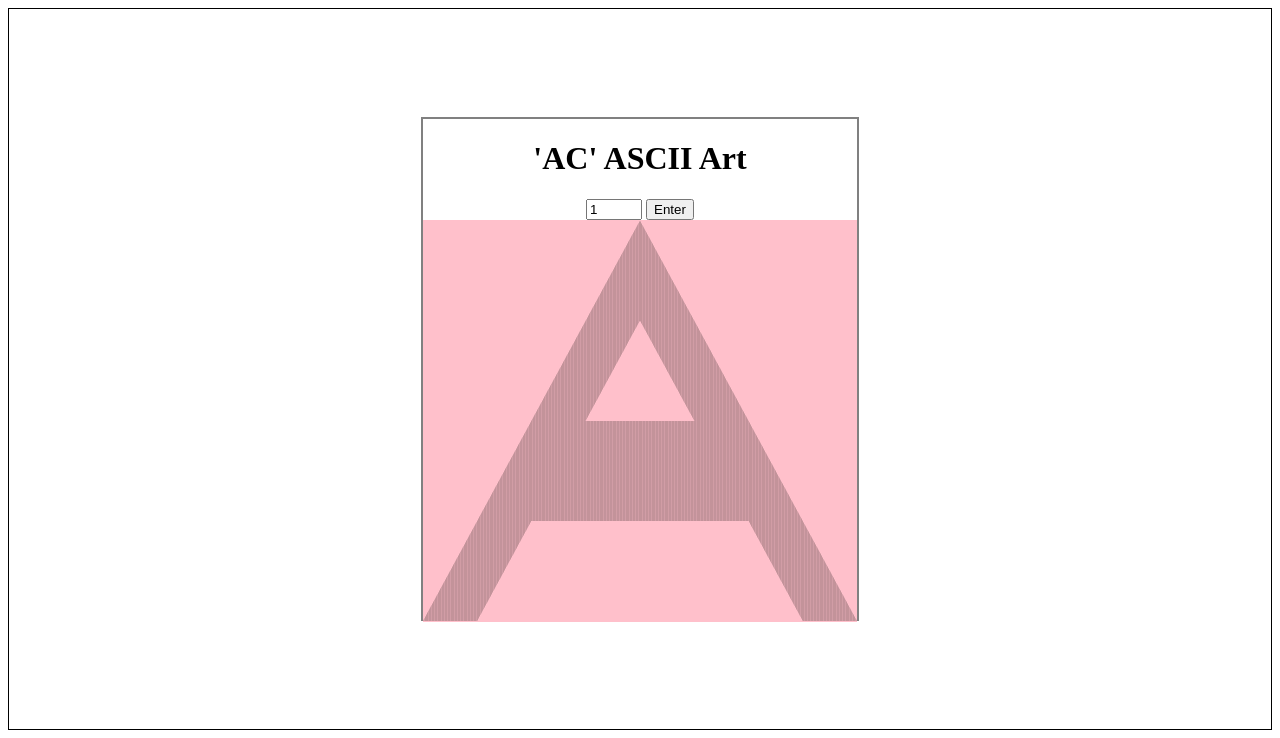
Repository: Achorn/ascii-art
Page: index.html
The author's editor kept a copy of each file at every save. The page is drawn from the files as they stood at one save, then again after the next save.
The browser window is 1280 px wide. The pictures show the whole page.

Above is the page before, as saved 2021-08-09 18:38:46.

After the next save:
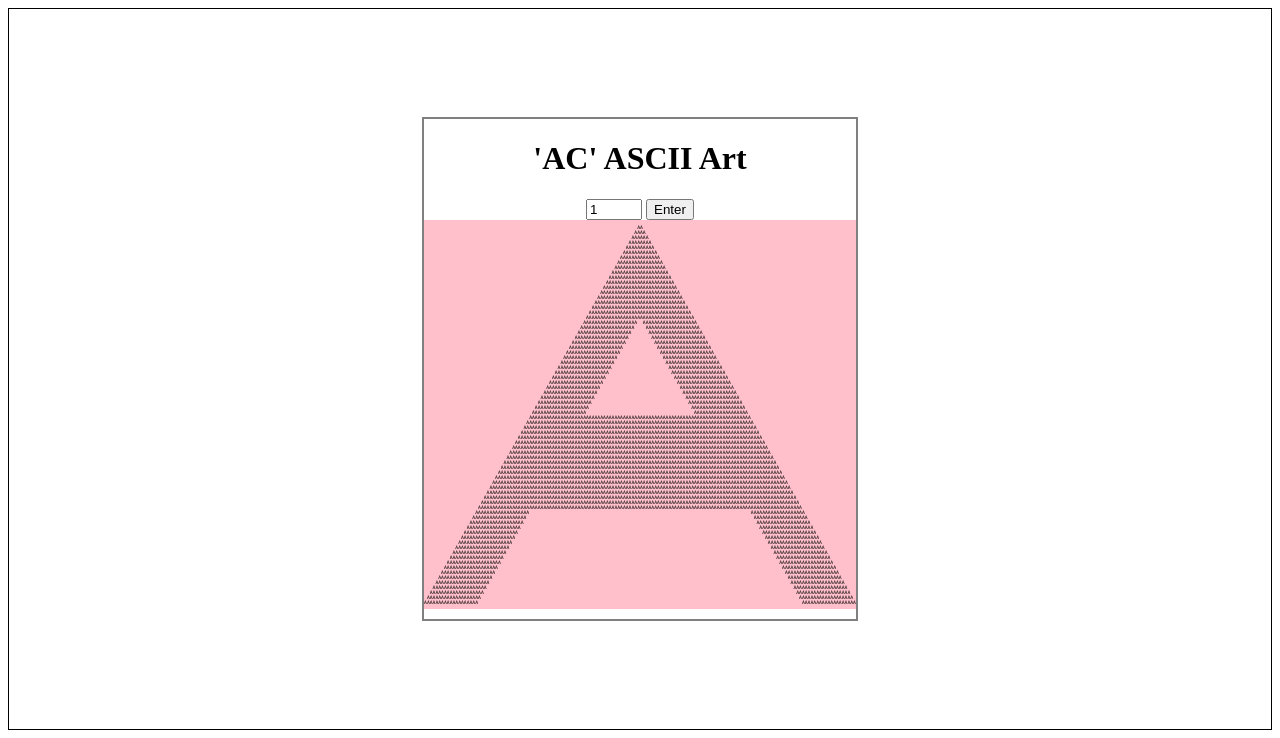
Saved 7 s later.
--- a/myscripts.js
+++ b/myscripts.js
@@ -73,7 +73,7 @@ function trimA(arr, lWidth) {
 
 let monoA = document.getElementById("mono-a");
 let monoC = document.getElementById("mono-c");
-let scale = 100;
+let scale = 19;
 let scaledFour = scaleSpread(four, scale);
 trimA(scaledFour, scale);
 
